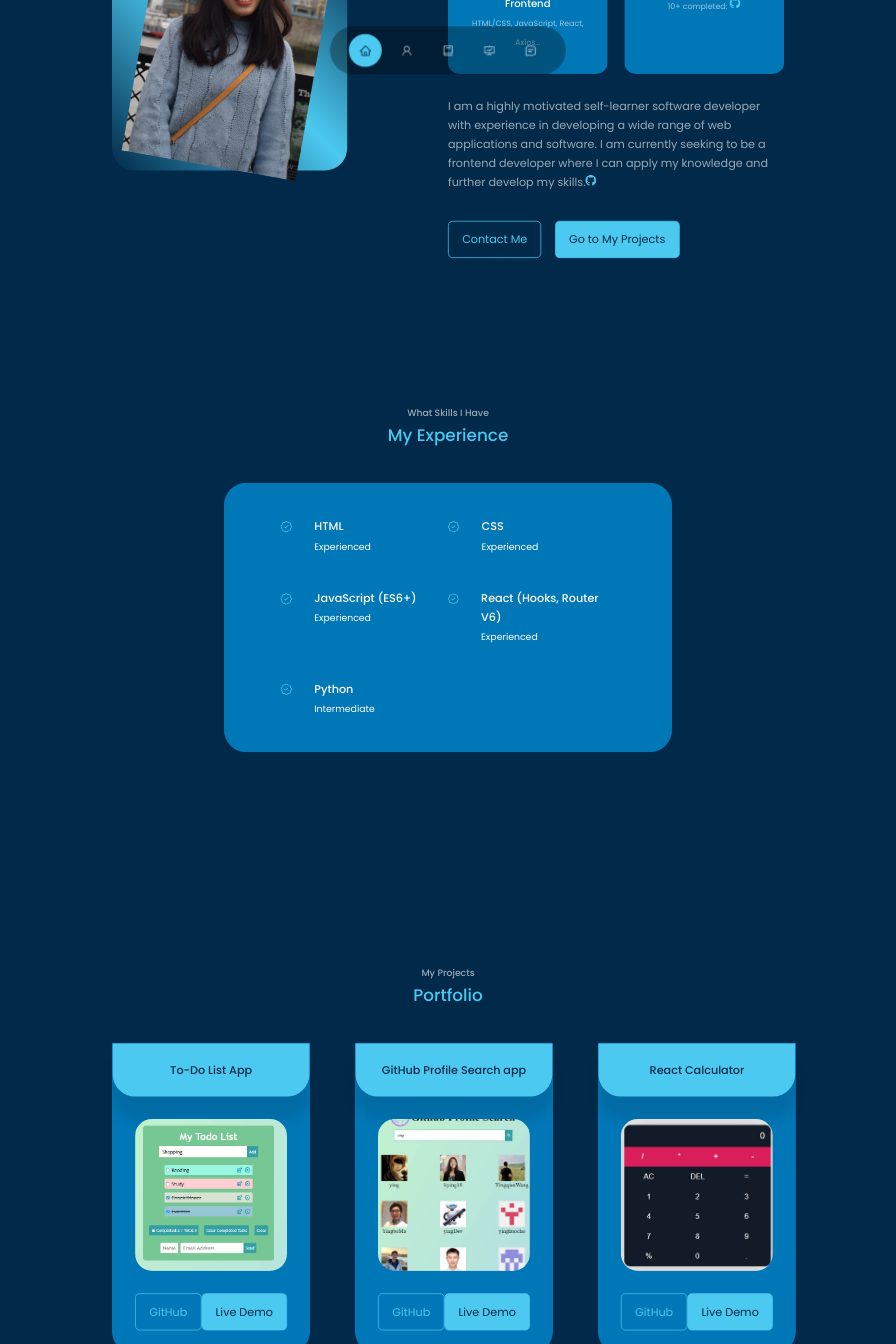
Repository: yingluo1020/react-portfolio-website
Page: /
These files come from the project's save history. The page is drawn as it stood at one moment and after the next save; the edit follows.
The browser window is 1280 px wide. The pictures show the part of the page from y = 581 to 2501 px (the page is 4241 px tall), at 70% of full size.
The project was rebuilt for these pictures with package versions that can differ from the ones it lists, and the page was loaded fresh each time. Imported but missing from the stored project, and not drawn on this page: src/assets/YingLuo_resume.pdf.

Above is the page before, as saved 2022-03-16 16:17:38.

### src/index.css
@import url('https://fonts.googleapis.com/css2?family=Poppins:wght@300;400;500;600&display=swap');

* {
 margin: 0;
 padding: 0;
 border: 0;
 outline: 0;
 box-sizing: border-box;
 list-style: none;
 text-decoration: none;
}

:root {
    --color-bg:#012a4a;
    --color-bg-variant:#0077b6;
    --color-primary:#4cc9f0;
    --color-primary-variant:rgba(77,181,255,0.4);
    --color-white:#fff;
    --color-light:rgba(255,255,255,0.6);

    --transition:all 400ms ease;

    --container-width-lg:75%;
    --container-width-md:86%;
    --container-width-sm:90%;
}

html {
    scroll-behavior:smooth;
}

::-webkit-scrollbar {
    display: none;
}

body {
    font-family: 'Poppins', sans-serif;
    background: var(--color-bg);
    color:var(--color-white);
    line-height:1.7;
}

/* general styles */
.container {
    width:var(--container-width-lg);
    margin: 0 auto;
}

h1,
h2,
h3,
h4,
h5 {
    font-weight: 500;
}

h1 {
    font-size: 2.5rem;
}

section {
    margin-bottom: 5rem;
    min-height: 100vh;
}

section > h2, section > h5 {
    text-align: center;
    color: var(--color-light);
}

section > h2 {
    color: var(--color-primary);
    margin-bottom: 3rem;
}

.text-light {
    color: var(--color-light);
}

a {
    color: var(--color-primary);
    transition: var(--transition);
}

a:hover {
    color: var(--color-white);
}

.btn {
    width: max-content;
    display: inline-block;
    color: var(--color-primary);
    padding: 0.75rem 1.2rem;
    border-radius:0.4rem;
    cursor: pointer;
    border: 1px solid var(--color-primary);
    transition: var(--transition);
}

.btn:hover{
    background: var(--color-white);
    color: var(--color-bg);
    border-color: transparent;
}

.btn-primary {
    background: var(--color-primary);
    color: var(--color-bg);
}

img{
    display: block;
    width: 100%;
    object-fit: cover;
}

/* media queries(medium devices)*/
@media screen and (max-width:1024px) {
    .container {
        width: var(--container-width-sm);
    }

    section> h2 {
        margin-bottom: 2rem;
    }
}

### src/components/header/Header.js
import React from 'react'
import './header.css';
import CV from '../../assets/YingLuo_resume.pdf'


function Header() {
    return (
        <header>
            <div className="container header_container">
                <h5>Hello, I'm</h5>
                <h1>Ying Luo</h1>
                <h5 className="text-light">Front-end Developer</h5>

                <div className='cta'>
                    <a href={CV} download className='btn'>Download My CV</a>
                    <a href="#contact" className='btn btn-primary'>Contact me</a>
                </div>
            </div>
        </header>
    )
}

export default Header

### src/components/nav/Nav.js
import React, { useState } from 'react'
import './nav.css'
import { AiOutlineHome, } from 'react-icons/ai'
import { AiOutlineUser } from 'react-icons/ai'
import { BiBook } from 'react-icons/bi'
import { AiOutlineFundProjectionScreen } from 'react-icons/ai'
import { BiMessageSquareDetail } from 'react-icons/bi'


function Nav() {
    const [activeNav, setActiveNav] = useState('#')
    return (
        <nav>
            <a href="#" onClick={() => setActiveNav('#')} className={activeNav === '#' ? 'active' : ''}><AiOutlineHome /></a>
            <a href="#about" onClick={() => setActiveNav('#about')} className={activeNav === '#about' ? 'active' : ''}><AiOutlineUser /></a>
            <a href="#experience" onClick={() => setActiveNav('#experience')} className={activeNav === '#experience' ? 'active' : ''}><BiBook /></a>
            <a href="#portfolio" onClick={() => setActiveNav('#services')} className={activeNav === '#services' ? 'active' : ''}><AiOutlineFundProjectionScreen /></a>
            <a href="#contact" onClick={() => setActiveNav('#contact')} className={activeNav === '#contact' ? 'active' : ''}><BiMessageSquareDetail /></a>
        </nav>
    )
}

export default Nav

### src/components/about/About.js
import React from 'react'
import avatar from '../../assets/avatar.JPG'
import { FaChalkboardTeacher } from 'react-icons/fa'
import { VscFolderLibrary } from 'react-icons/vsc'
import { FaGithub } from 'react-icons/fa';
import './about.css';

function About() {
    return (
        <section id='about'>
            <h5>My Intro</h5>
            <h2>About Me</h2>

            <div className="container about_container">
                <div className="about_me">
                    <div className="about_image">
                        <img src={avatar} alt="About Image" />
                    </div>
                </div>

                <div className="about_content">
                    <div className="about_cards">
                        <article className="about_card">
                            <FaChalkboardTeacher className='about_icon' />
                            <h5> Self-learner on Frontend </h5>
                            <small>HTML/CSS, JavaScript, React, Axios...</small>
                        </article>

                        <article className="about_card">
                            <VscFolderLibrary className='about_icon' />
                            <h5>Personal IT Projects </h5>
                            <small>10+ completed:  </small>
                            <a href="https://github.com/yingluo1020" target="_blank"><FaGithub /></a>
                        </article>
                    </div>

                    <p>I am a highly motivated self-learner software developer with experience in developing a wide range of web applications and software. I am currently seeking to be a frontend developer where I can apply my knowledge and further develop my skills.
                        <a href="https://github.com/yingluo1020" target="_blank"><FaGithub /></a>
                    </p>
                    <div className="about_btn">
                        <a href="#contact" className="btn btn">Contact Me</a>
                        <a href="#portfolio" target="_blank" className="btn btn-primary">Go to My Projects</a>
                    </div>

                </div>
            </div>
        </section>
    )
}

export default About

### src/components/experience/Experience.js
import React from 'react'
import './experience.css';
import { BsPatchCheck } from 'react-icons/bs'


function Experience() {
    return (
        <section id='experience'>
            <h5>What Skills I Have</h5>
            <h2>My Experience</h2>

            <div className="container experience_container">
                <article className='experience_details'>
                    <BsPatchCheck className='experience_details-icon' />
                    <div>
                        <h4>HTML</h4>
                        <small className='text_light'>Experienced</small>
                    </div>
                </article>

                <article className='experience_details'>
                    <BsPatchCheck className='experience_details-icon' />
                    <div>
                        <h4>CSS</h4>
                        <small className='text_light'>Experienced</small>
                    </div>
                </article>

                <article className='experience_details'>
                    <BsPatchCheck className='experience_details-icon' />
                    <div>
                        <h4>JavaScript (ES6+)</h4>
                        <small className='text_light'>Experienced</small>
                    </div>
                </article>
                <article className='experience_details'>
                    <BsPatchCheck className='experience_details-icon' />
                    <div>
                        <h4>React (Hooks, Router V6) </h4>
                        <small className='text_light'>Experienced</small>
                    </div>
                </article>

                <article className='experience_details'>
                    <BsPatchCheck className='experience_details-icon' />
                    <div>
                        <h4>Python</h4>
                        <small className='text_light'>Intermediate</small>
                    </div>
                </article>
            </div>

        </section>
    )
}

export default Experience

### src/components/contact/Contact.js
import React, { useRef } from 'react'
import './contact.css'
import { MdOutlineEmail } from 'react-icons/md'
import { RiMessengerLine } from 'react-icons/ri'
import { BsWhatsapp } from 'react-icons/bs'
import emailjs from '@emailjs/browser';


function Contact() {
    const form = useRef();

    const sendEmail = (e) => {
        e.preventDefault();

        emailjs.sendForm('service_s6sapzl', 'template_utnko3u', form.current, 'user_Ak4JS85QR5w9GZLqKm3hY')

        alert(`I'll will reply you ASAP :)`)
        e.target.reset()
    };

    return (
        <section id="contact">
            <h5>Get In Touch</h5>
            <h2>Contact Me</h2>

            <div className="container contact_container">
                <div className="contact_options">
                    <article className='contact_option'>
                        <MdOutlineEmail className='contact_option-icon' />
                        <h4>Email</h4>
                        <h5>yingluo1020@gmail.com</h5>
                        <a href="mailto:yingluo1020@gmail.com" target='_blank'>Send a message</a>
                    </article>

                    <article className='contact_option'>
                        <RiMessengerLine className='contact_option-icon' />
                        <h4>Messenger</h4>
                        <h5>Ying Luo</h5>
                        <a href="https://m.me/yng.luo" target='_blank'>Send a message</a>
                    </article>

                    <article className='contact_option'>
                        <BsWhatsapp className='contact_option-icon' />
                        <h4>WhatsApp</h4>
                        <h5>+44 7407171383</h5>
                        <a href="https://api.whatsapp.com/send?phone+447407171383" target='_blank'>Send a message</a>
                    </article>
                </div>
                {/* End of contact options */}
                <form action="" ref={form} onSubmit={sendEmail}>
                    <input type="text" name='name' placeholder='Your Name' required />
                    <input type="email" name='email' placeholder='Your Email' required />
                    <textarea type="text" name='name' placeholder='Your Message' required ></textarea>
                    <button type="submit" className="btn btn-primary">Send a message</button>
                </form>

            </div>
        </section>

    )
}

export default Contact

### src/components/footer/Footer.js
import React from 'react'
import './footer.css'
import { BsLinkedin } from 'react-icons/bs';
import { FaGithub } from 'react-icons/fa';
import { FiDribbble } from 'react-icons/fi';


function Footer() {
    return (
        <footer>
            <a href="https://github.com/yingluo1020" target="_blank" className='footer_logo'><FaGithub /> Ying Luo</a>
            <ul className='permalinks'>
                <li><a href="#">Home</a></li>
                <li><a href="#about">About</a></li>
                <li><a href="#experience">Experience</a></li>
                <li><a href="#portfolio">Portfolio</a></li>
                <li><a href="#contact">Contact</a></li>
            </ul>

            <div className="footer_copyright">
                <small>&copy; All rights reserved by Ying Luo.</small>
            </div>
        </footer>
    )
}

export default Footer

### src/components/header/header.css
header {
    height: 50vh;
    padding-top: 5rem;
    overflow: hidden;
}

.header_container {
    text-align: center;
    height: 100%;
    position: relative;
}

.cta {
    margin: 2.5rem auto;
    display: flex;
    gap:1.2rem;
    justify-content: center;
}

.avatar {
    background: linear-gradient(var(--color-primary),transparent) ;
    width: 22rem;
    height: 30rem;
    position: absolute;
    left: calc(50% - 11rem);
    border-radius: 12rem 12rem 0 0 ;
    overflow: hidden;
    padding: 5rem 1.5rem 1.5rem 1.5rem;
}


/* media queries(medium devices)*/
@media screen and (max-width:1024px) {
    header {
        height: 68vh;
    }
}

/* media queries(small devices)*/
@media screen and (max-width:600px) {
   header {
       height: 100vh;
   }
}

### src/components/nav/nav.css
nav {
    background: rgba(0, 0, 0, 0.3);
    width: max-content;
    display: block;
    padding:0.7rem 1.7rem;
    z-index: 2;
    position: fixed;
    left: 50%;
    transform: translateX(-50%);
    bottom: 2rem;
    display: flex;
    gap: 0.8rem;
    border-radius: 3rem;
    /* backdrop-filter: blur(15px); */
}

nav a {
    background: transparent;
    padding: 0.9rem;
    border-radius:50% ;
    display: flex;
    color: var(--color-light);
    font-size: 1.1rem;
}

nav a:hover{
    background: rgba(0, 0, 0, 0.3);
}

nav a.active {
    background: var(--color-primary);
    color: var(--color-bg);
}

### src/components/about/about.css
.about_container {
    display: grid;
    grid-template-columns: 35% 50%;
    gap: 15%;
}

.about_me{
    width: 100%;
    aspect-ratio: 0.95/1;
    border-radius: 2rem;
    background: linear-gradient(45deg,transparent,var( --color-primary),transparent);
    display: grid;
    place-items: center;
}

.about_image {
    border-radius: 2rem;
    overflow: hidden;
    transform: rotate(10deg);
    transition: var(--transition);
}

.about_image:hover{
    transform: rotate(0);
}

.about_image img {
    width: 75%;
    margin: 0 auto;
}
.about_cards {
    display: grid;
    grid-template-columns: repeat(2,1fr);
    gap: 1.5rem;
}

.about_card {
    background: var(--color-bg-variant);
    border:1px solid transparent ;
    border-radius: 1rem;
    padding: 2rem;
    text-align: center;
    transition: var(--transition);
}

.about_card:hover {
    background:transparent;
    border-color:var(--color-primary-variant) ;
    cursor: default;
}

.about_icon {
    color: var(--color-primary);
    font-size: 1.4rem;
    margin-bottom: 1rem;
}

.about_card h5 {
    font-size: 0.9rem;
}

.about_card small {
    font-size: 0.7rem;
    color: var(--color-light);
}
.about_content{
    height: fit-content;
}
.about_content p {
    margin: 2rem 0 2.6rem;
    color: var(--color-light);
}

.about_content .about_btn {
    display: flex;
    gap:1.2rem;
}

/* media queries(medium devices)*/
@media screen and (max-width:1024px) {
    .about_container {
        grid-template-columns: 1fr ;
        gap:0;
    }

    .about_me{
        width: 50%;
        margin: 2rem auto 4rem;
    }

    .about_content p {
        margin: 1rem 0 1.5rem;
    }
}

/* media queries(small devices)*/
@media screen and (max-width:600px) {
    .about_me{
        width: 65%;
        margin: 0 auto 3rem;
    }

    .about_cards {
        grid-template-columns: 1fr 1fr;
        gap: 1rem;
    }

    .about_content {
        text-align: center;
    }

    .about_content p {
        margin: 1.5rem 0.5rem;
    }
}

### src/components/experience/experience.css

.experience_container{
    width: 50%;
    display: grid;
    grid-template-columns: 1fr 1fr;
    justify-items:  stretch;
    row-gap: 3rem ;
    background: var(--color-bg-variant);
    padding: 3rem 5rem;
    border-radius: 2rem;
    border: 1px solid transparent;
    transition: var(--transition);
}


.experience_container:hover{
    background: transparent;
    border-color: var(--color-primary-variant);
    cursor: default;
}


.experience_details {
    display: flex;
    gap: 2rem;
}

.experience_details-icon{
    margin-top: 6px;
    color: var(--color-primary);
}

/* media queries(medium devices)*/
@media screen and (max-width:1024px) {
    .experience_container  {
        width: 80%;
        padding: 2rem;
        margin: 0 auto;
    }

}

/* media queries(small devices)*/
@media screen and (max-width:600px) {
    .experience_container{
        width: 100%;
        grid-template-columns: 1fr;
        padding: 1rem;
    }

}

### src/components/portfolio/portfolio.css


.portfolio_container{
    display: grid;
    grid-template-columns: repeat(3,1fr);
    gap: 4rem;
    row-gap: 2rem;
}

.portfolio {
    background: var(--color-bg-variant);
    border-radius:0 0 2rem 2rem;
    border: 1px solid transparent;
    transition: var(--transition);
}

.portfolio:hover {
    background: transparent;
    border-color: var(--color-primary-variant);
    transition: var(--transition);
}

.portfolio_head{
    background: var(--color-primary);
    border-radius:0 0 2rem 2rem;
    padding: 1.5rem;
    box-shadow: 0 2rem 1rem rgba(0,0,0,0.1);
}

.portfolio_head h3 {
    text-align: center;
    font-size: 1rem;
    color: var(--color-bg);
}

.portfolio_item-image {
    /* width: 25rem; */
    aspect-ratio: 1/1;
    border-radius: 1.5rem;
    overflow: hidden;
    margin: 2rem;
}

.portfolio_item-image img {
    width: 100%;
    height: 100%;
}

.portfolio_link {
    display: flex;
    justify-content: space-around;
    margin: 2rem;
}


/* media queries(medium devices)*/
@media screen and (max-width:1024px) {
    .portfolio_container{
        grid-template-columns: 1fr 1fr;
        gap: 1.2rem;
    }
}

/* media queries(small devices)*/
@media screen and (max-width:600px) {
    .portfolio_container {
        grid-template-columns: 1fr;
        gap: 1rem;
    }
}

### src/components/contact/contact.css
.contact_container {
    width: 58%;
    display: grid;
    grid-template-columns: 30% 58%;
    gap: 12%;
}

.contact_options {
    display: flex;
    flex-direction: column;
    gap: 1.2rem;
}

.contact_option{
    background: var(--color-bg-variant);
    padding: 1.2rem ;
    border-radius:1.2rem;
    border: 1px solid transparent;
    text-align: center;
    transition: var(--transition);
}

.contact_option:hover{
    background: transparent;
    border-color: var(--color-primary-variant);
}

.contact_option-icon{
    font-size: 1.5rem;
    margin-bottom: 0.5rem;
}

.contact_option a {
    margin-top: 0.7rem;
    display: inline-block;
    font-size: 0.8rem;
}

/* form */
form {
    display: flex;
    flex-direction: column;
    gap: 1.2rem;
}

input, textarea{
    width: 100%;
    padding: 1.5rem ;
    border-radius:0.5rem;
    border: 2px solid var(--color-primary-variant);
    background: transparent;
    resize: none; /* 元素不能被用户缩放。 */
    color: var(--color-white);
}

/* media queries(medium devices)*/
@media screen and (max-width:1024px) {
    .contact_container {
        grid-template-columns: 1fr;
        gap: 2rem;
    }

}

/* media queries(small devices)*/
@media screen and (max-width:600px) {
    .contact_container{
        width: var(--container-width-sm);
    }
}

### src/components/footer/footer.css
footer {
    background: var(--color-primary);
    padding: 2rem 0;
    text-align: center;
    font-size: 0.9rem;
    margin-top: 7rem;
}

footer a {
    color: var(--color-bg);
}

.footer_logo{
    font-size: 2rem;
    font-weight: 500;
    margin-bottom: 2rem;
    display: inline-block;
}

.permalinks{
    display: flex;
    flex-wrap: wrap;
    justify-content: center;
    gap: 2rem;
    margin: 0 auto 3rem;
}

.footer_socials{
    display: flex;
    justify-content: center;
    gap: 1rem;
    margin-bottom: 4rem;
}

.footer_socials a {
    display: flex;
    background: var(--color-bg);
    color: var(--color-white);
    padding: 0.8rem;
    border-radius: 0.7rem;
    border: 1px solid transparent;
    transition: var(--transition);
}

.footer_socials a:hover{
    background: transparent;
    color: var(--color-bg);
    border-color: var(--color-bg);
}

.footer_copyright {
    margin-bottom: 4rem;
    color: var(--color-bg);
}

/* media queries(small devices)*/
@media screen and (max-width:600px) {
    .permalinks{
        flex-direction: column;
        gap: 1.5rem;
    }

    .footer_socials{
        margin-bottom: 2.6rem;
    }
}

Loaded but not shown: public/index.html (common file); src/index.js (common file); src/App.js (common file); src/components/portfolio/Portfolio.js (83 lines, source omitted)

After the next save:
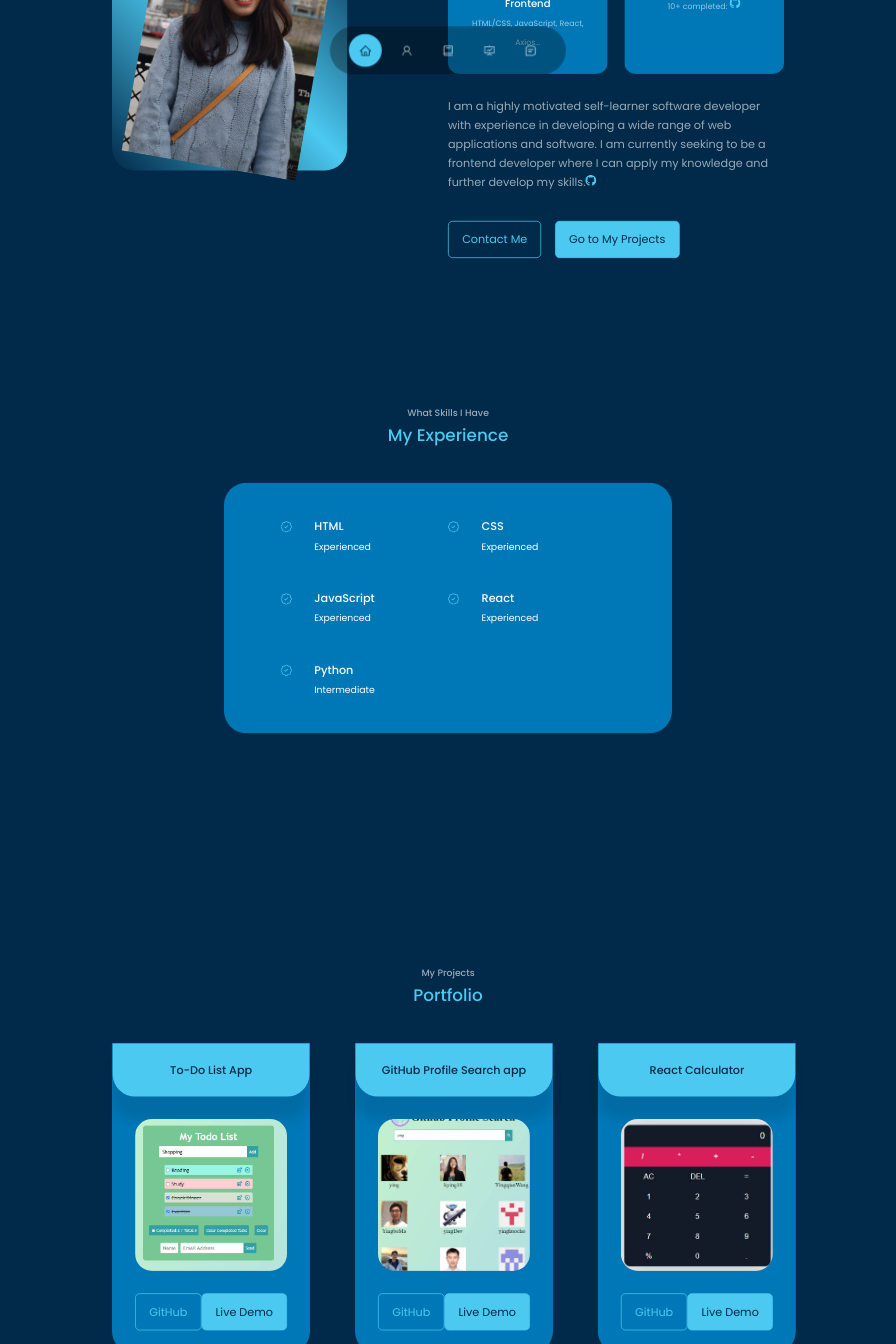
Saved 2 min 13 s later.
--- a/src/components/experience/Experience.js
+++ b/src/components/experience/Experience.js
@@ -29,14 +29,14 @@ function Experience() {
                 <article className='experience_details'>
                     <BsPatchCheck className='experience_details-icon' />
                     <div>
-                        <h4>JavaScript (ES6+)</h4>
+                        <h4>JavaScript</h4>
                         <small className='text_light'>Experienced</small>
                     </div>
                 </article>
                 <article className='experience_details'>
                     <BsPatchCheck className='experience_details-icon' />
                     <div>
-                        <h4>React (Hooks, Router V6) </h4>
+                        <h4>React </h4>
                         <small className='text_light'>Experienced</small>
                     </div>
                 </article>
